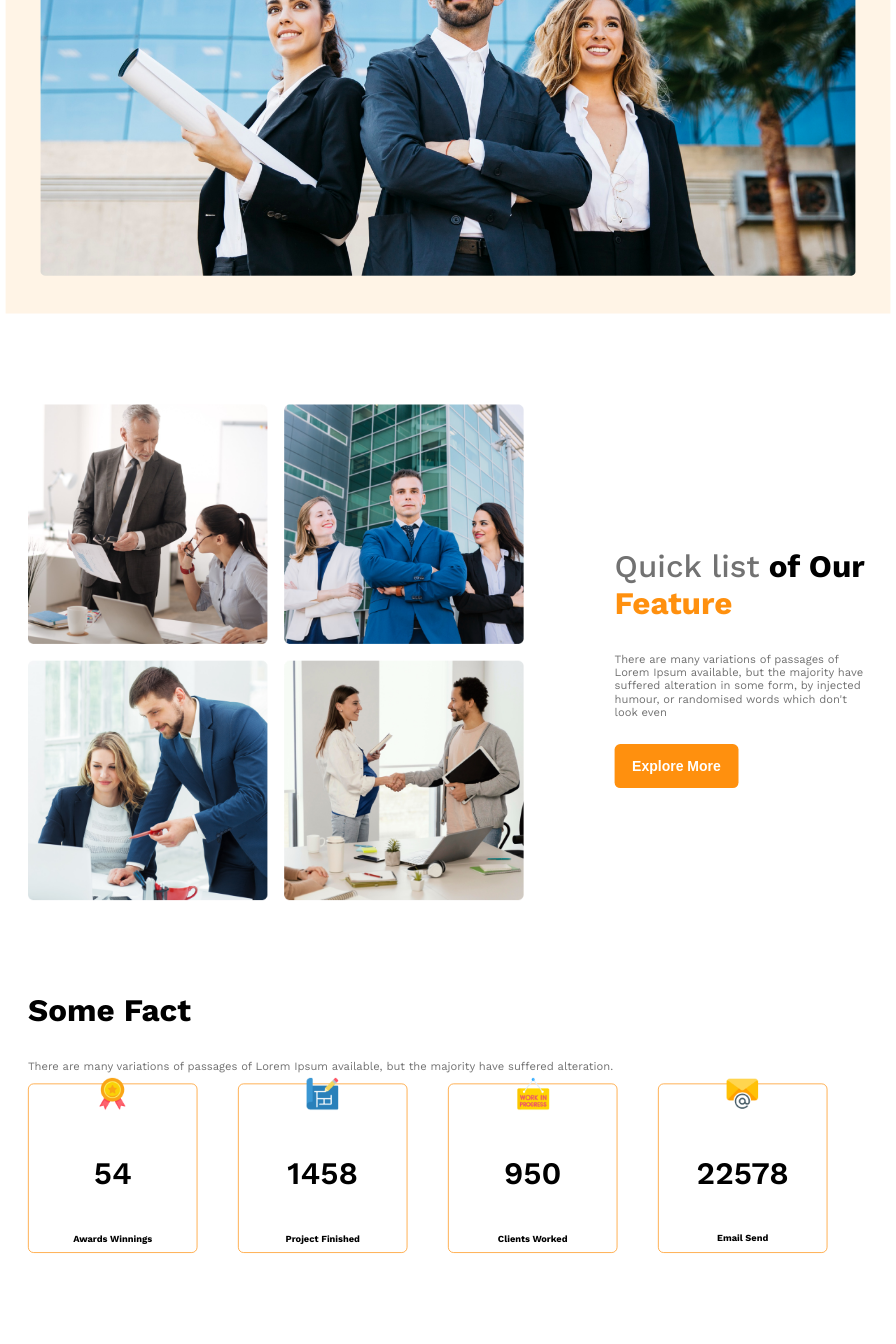
Repository: dollyrakhe22/g3-architects-website
Page: index.html
An editor plug-in stored every save of this project. The page is shown before and after the next save, followed by the edit.
The browser window is 1280 px wide. The pictures show the part of the page from y = 767 to 2687 px (the page is 2687 px tall), at 70% of full size.

Above is the page before, as saved 2025-07-22 08:11:59.

After the next save:
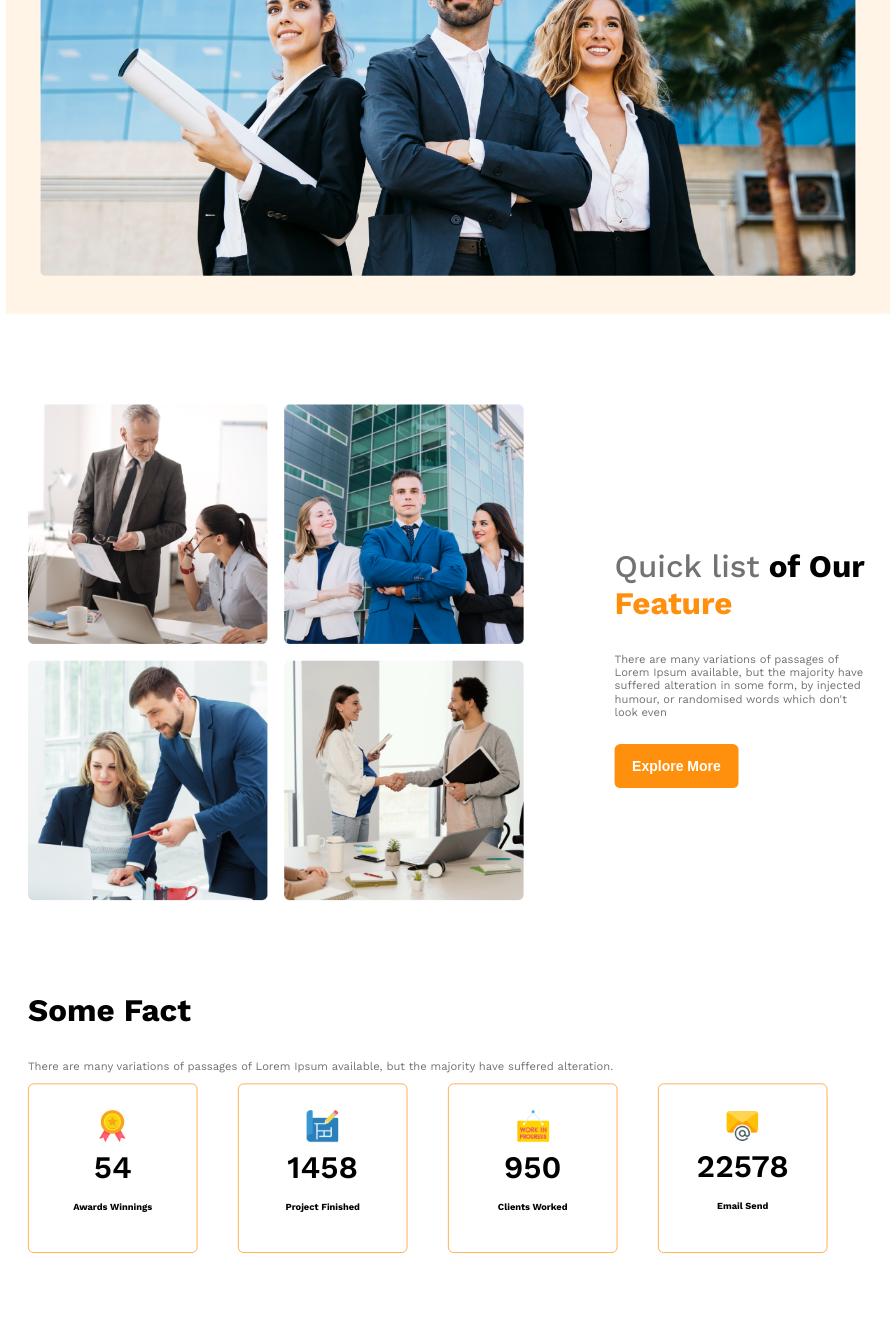
Saved 109 s later.
--- a/style.css
+++ b/style.css
@@ -137,6 +137,8 @@ main> section{
 .fact-number{
   font-size: 2.8rem;
   font-weight: 600;
+  margin-top: 5px;
+  margin-bottom: 10px;
 }
 
 
